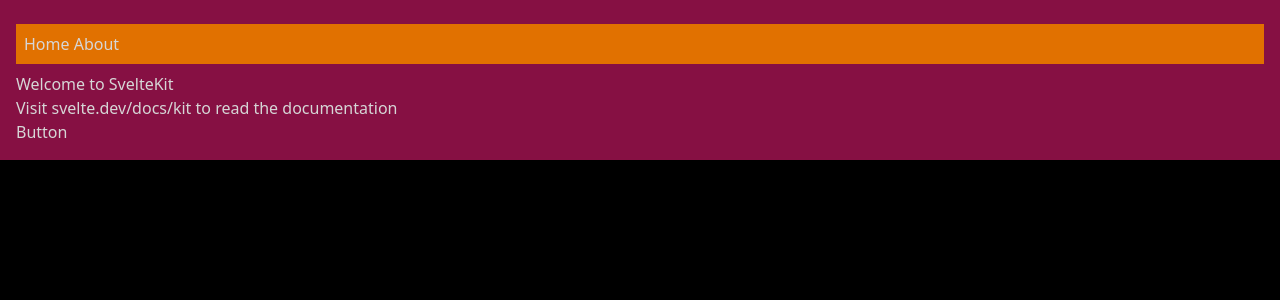
Repository: eyassud/notenow
Page: /
An editor plug-in stored every save of this project. The page is shown before and after the next save, followed by the edit.
The browser window is 1280 px wide. The pictures show the whole page.
The project was rebuilt for these pictures with package versions that can differ from the ones it lists, and the page was loaded fresh each time. The framework's server and built-in components were replaced by stand-ins that run in the browser. Also part of the build but not shown: svelte.config.js, vite.config.ts.

Above is the page before, as saved 2025-12-11 16:12:07.

After the next save:
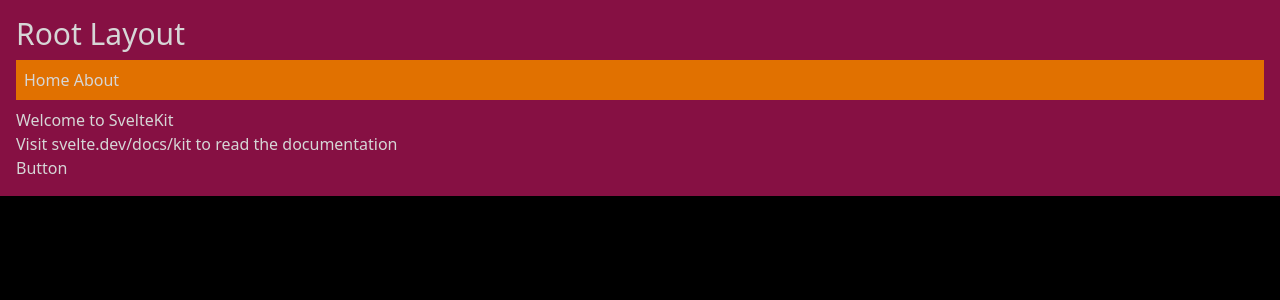
Saved 5 s later.
--- a/src/routes/+layout.svelte
+++ b/src/routes/+layout.svelte
@@ -10,7 +10,7 @@
 </svelte:head>
 
 <div class="bg-pink-900 p-4">
-	<h1 class="text-3xl"></h1>
+	<h1 class="text-3xl">Root Layout</h1>
 	<nav class="my-2 bg-amber-600 p-2">
 		<ul class="flex gap-2">
 			<li>
